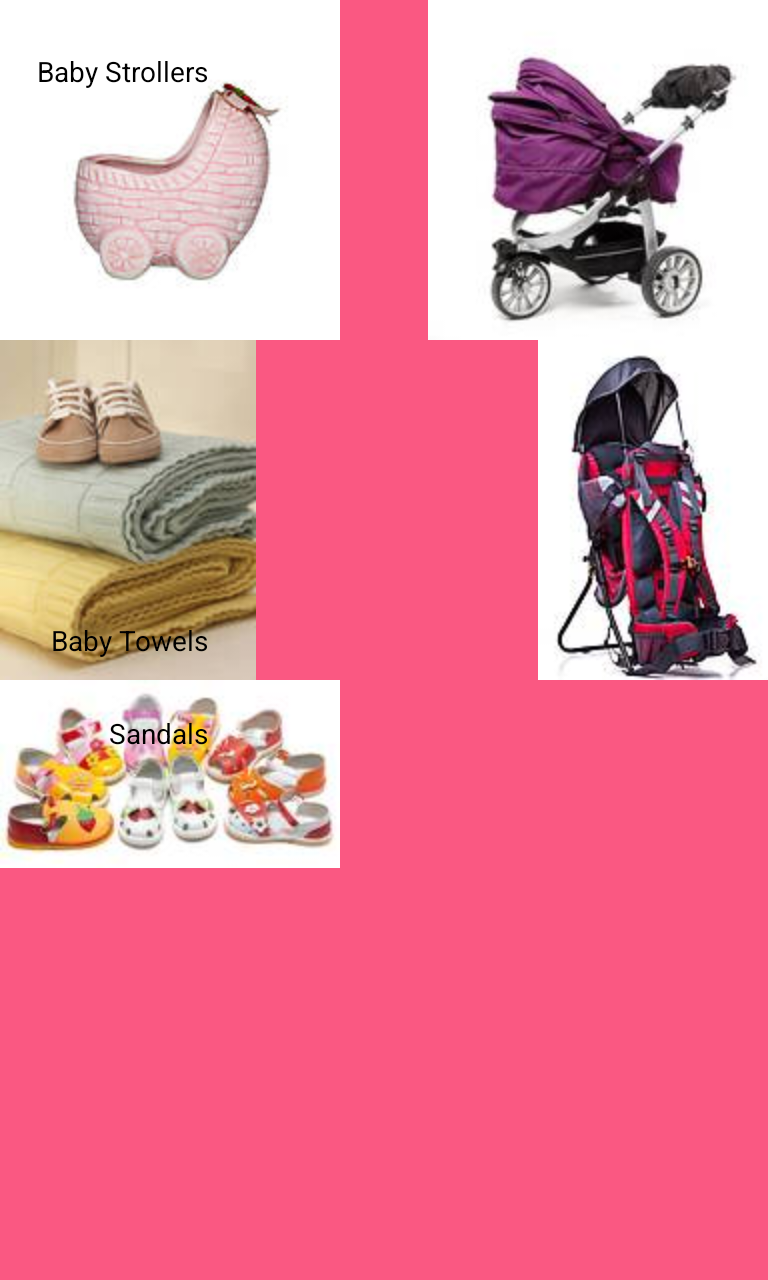
Repository: Clarenaliaka/code-challenge
Layout: ModernMum/res/layout/advert.xml
The author's editor kept a copy of each file at every save. The layout is drawn from the files as they stood at one save, then again after the next save.
It is drawn on a 768 x 1280 px phone screen (xhdpi) without system bars, with theme AppTheme; the app's code is not run.

Above is the layout before, as saved 2014-08-03 11:04:08.

After the next save:
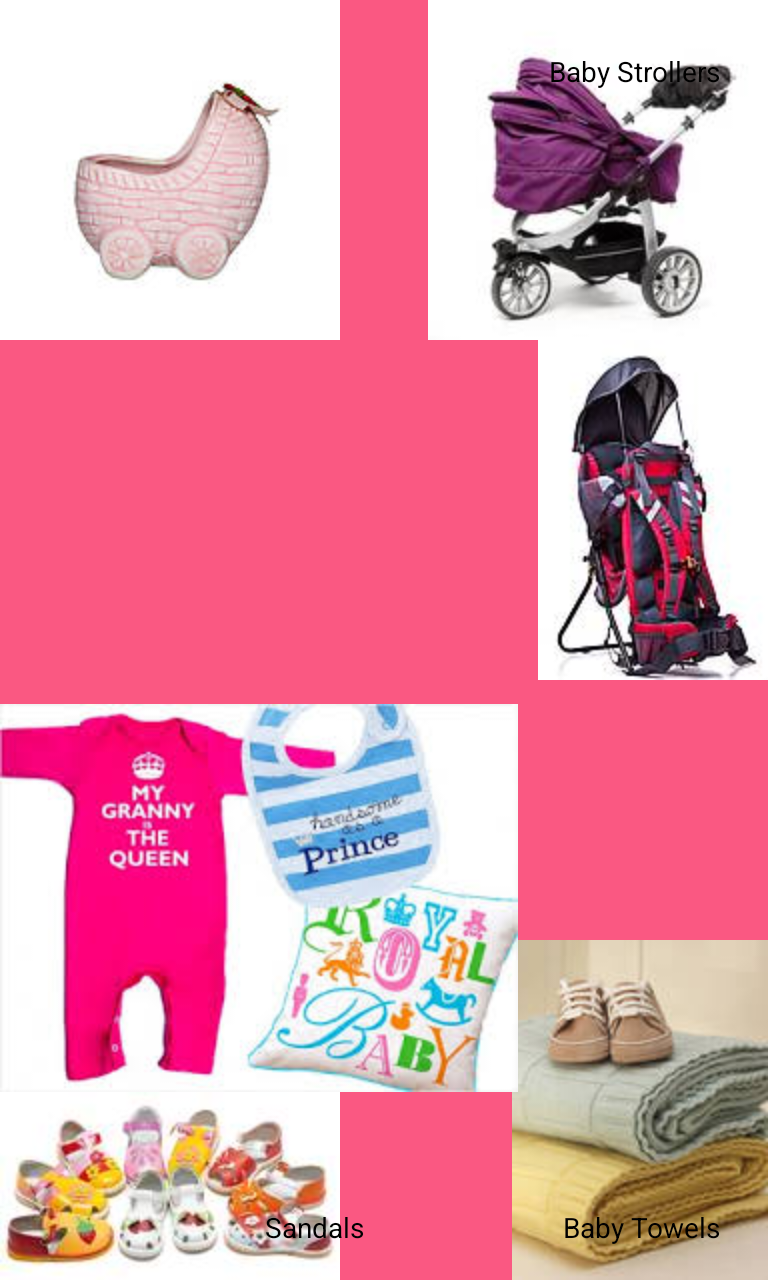
Saved 20 h 10 min later.
--- a/ModernMum/res/layout/advert.xml
+++ b/ModernMum/res/layout/advert.xml
@@ -23,33 +23,6 @@
         android:background="@null"
         android:src="@drawable/baby" />
 
-     <ImageButton
-         android:id="@+id/ibnipo"
-         android:layout_width="wrap_content"
-         android:layout_height="wrap_content"
-         android:layout_alignParentLeft="true"
-         android:layout_below="@+id/ibstroller"
-         android:background="@null"
-         android:src="@drawable/clo"
-         />
-
-     <ImageButton
-         android:id="@+id/ibca"
-         android:layout_width="wrap_content"
-         android:layout_height="wrap_content"
-         android:layout_alignParentRight="true"
-         android:layout_below="@+id/ibbaby"
-         android:background="@null"
-         android:src="@drawable/ca" />
-
-     <ImageButton
-         android:id="@+id/ibsa"
-         android:layout_width="wrap_content"
-         android:layout_height="wrap_content"
-         android:layout_alignParentLeft="true"
-         android:layout_below="@+id/ibnipo"
-         android:background="@null"
-         android:src="@drawable/sa" />
 
       <TextView
          android:id="@+id/textView1"
@@ -62,25 +35,61 @@
          android:text="@string/stroller"
           android:textColor="@color/black"/>
 
+     <ImageButton
+         android:id="@+id/ibsa"
+         android:layout_width="wrap_content"
+         android:layout_height="wrap_content"
+         android:layout_alignParentBottom="true"
+         android:layout_alignParentLeft="true"
+         android:background="@null"
+         android:src="@drawable/sa" />
+
      <TextView
          android:id="@+id/textView2"
          android:layout_width="wrap_content"
          android:layout_height="wrap_content"
-         android:layout_alignRight="@+id/textView1"
-         android:layout_alignTop="@+id/ibsa"
-         android:layout_marginTop="17dp"
+         android:layout_alignParentBottom="true"
+         android:layout_marginBottom="17dp"
+         android:layout_marginRight="32dp"
+         android:layout_toLeftOf="@+id/ibbaby"
          android:text="@string/diaper"
-         android:textColor="@color/black"/>
+         android:textColor="@color/black" />
+
+     <ImageButton
+         android:id="@+id/ibnipo"
+         android:layout_width="wrap_content"
+         android:layout_height="wrap_content"
+         android:layout_alignParentBottom="true"
+         android:layout_alignParentRight="true"
+         android:background="@null"
+         android:src="@drawable/clo" />
+
+     <ImageButton
+         android:id="@+id/ibcloth"
+         android:layout_width="wrap_content"
+         android:layout_height="wrap_content"
+         android:layout_above="@+id/ibsa"
+         android:layout_alignParentLeft="true"
+         android:background="@null"
+         android:src="@drawable/cloth" />
 
      <TextView
          android:id="@+id/textView3"
          android:layout_width="wrap_content"
          android:layout_height="wrap_content"
-         android:layout_alignRight="@+id/textView2"
-         android:layout_centerVertical="true"
+         android:layout_alignBaseline="@+id/textView2"
+         android:layout_alignBottom="@+id/textView2"
+         android:layout_alignRight="@+id/textView1"
          android:text="@string/nipo"
          android:textColor="@color/black" />
 
-
+     <ImageButton
+         android:id="@+id/ibca"
+         android:layout_width="wrap_content"
+         android:layout_height="wrap_content"
+         android:layout_alignParentRight="true"
+         android:layout_below="@+id/ibbaby"
+         android:background="@null"
+         android:src="@drawable/ca" />
 
 </RelativeLayout>
